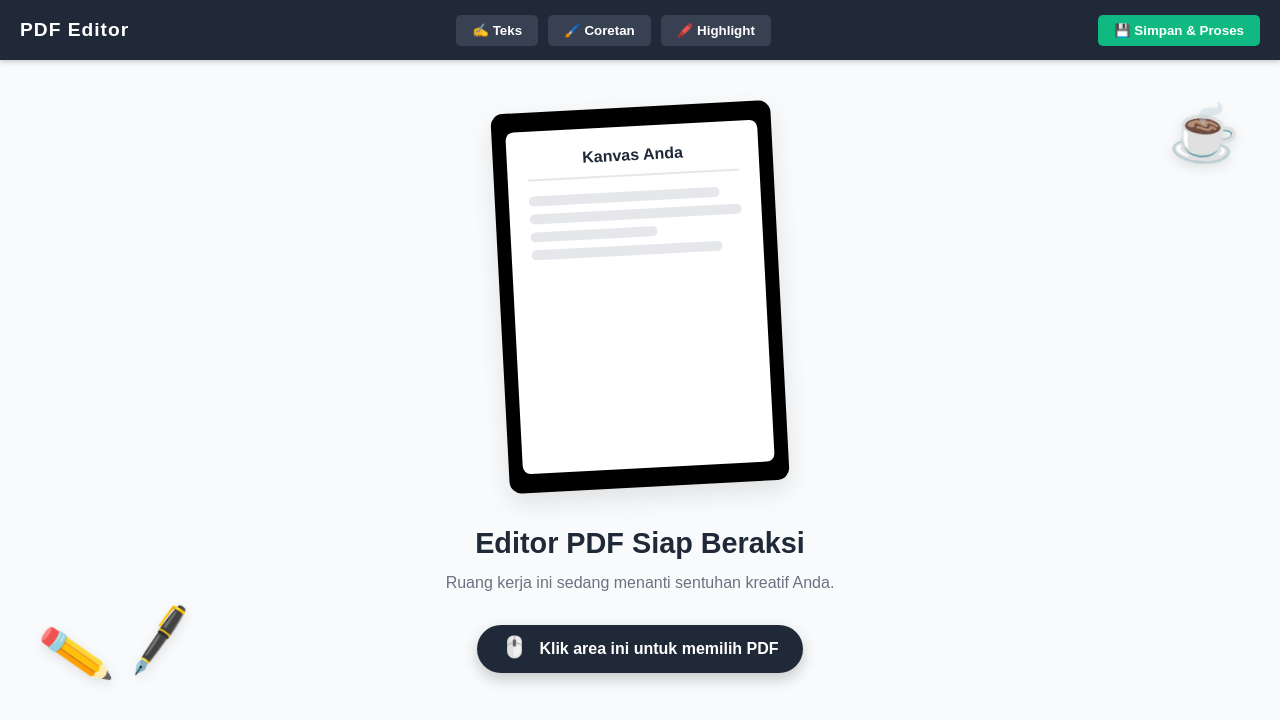
Repository: IkhsanMoekhtar/pdf_editor
Page: /
An editor plug-in stored every save of this project. The page is shown before and after the next save, followed by the edit.
The browser window is 1280 px wide. The pictures show the whole page.
The project was rebuilt for these pictures with package versions that can differ from the ones it lists, and the page was loaded fresh each time. Also part of the build but not shown: vite.config.js.

Above is the page before, as saved 2026-03-18 04:56:27.

After the next save:
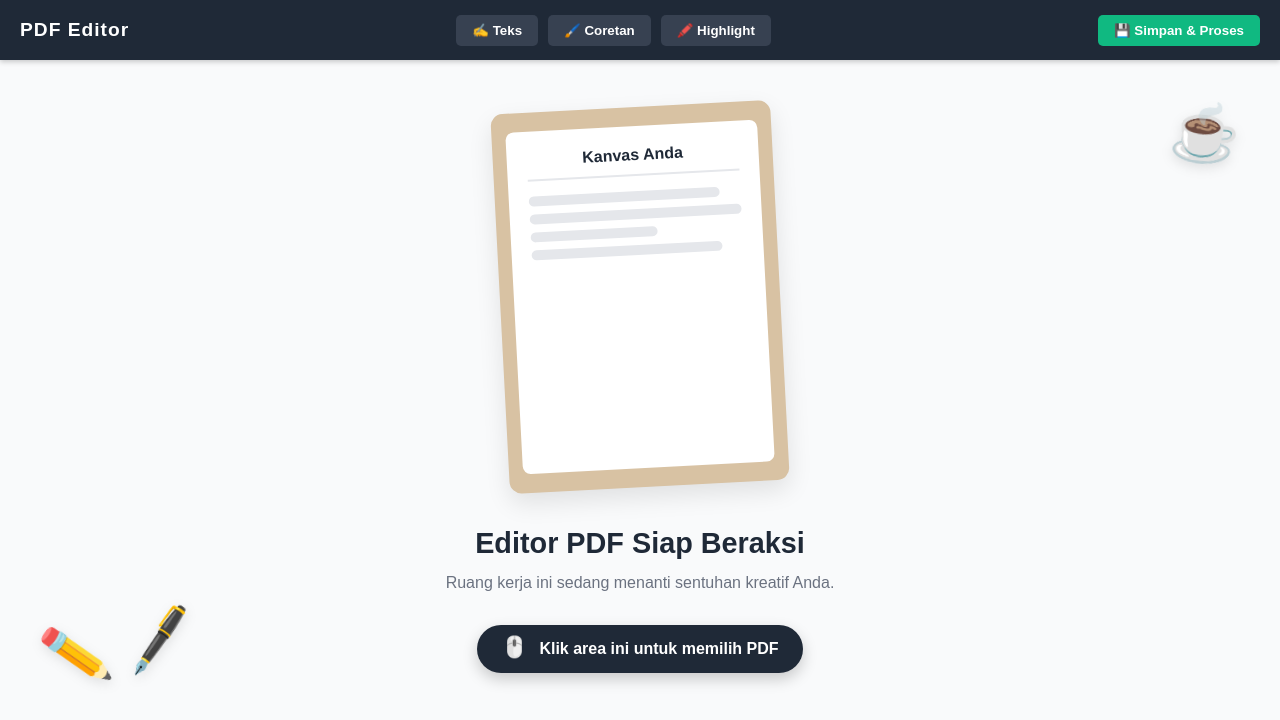
Saved 15 s later.
--- a/src/App.css
+++ b/src/App.css
@@ -74,12 +74,12 @@
 
 /* Sedikit penggelapan latar belakang saat area disorot mouse */
 .empty-state.desktop-scene:hover {
-  background-color: #9da070;
+  background-color: #acaf7c;
 }
 
 .clipboard {
   width: 280px; height: 380px;
-  background-color: #000000;
+  background-color: #d8c2a3;
   border-radius: 12px;
   box-shadow: 0 10px 25px rgba(0,0,0,0.1);
   transform: rotate(-3deg);
